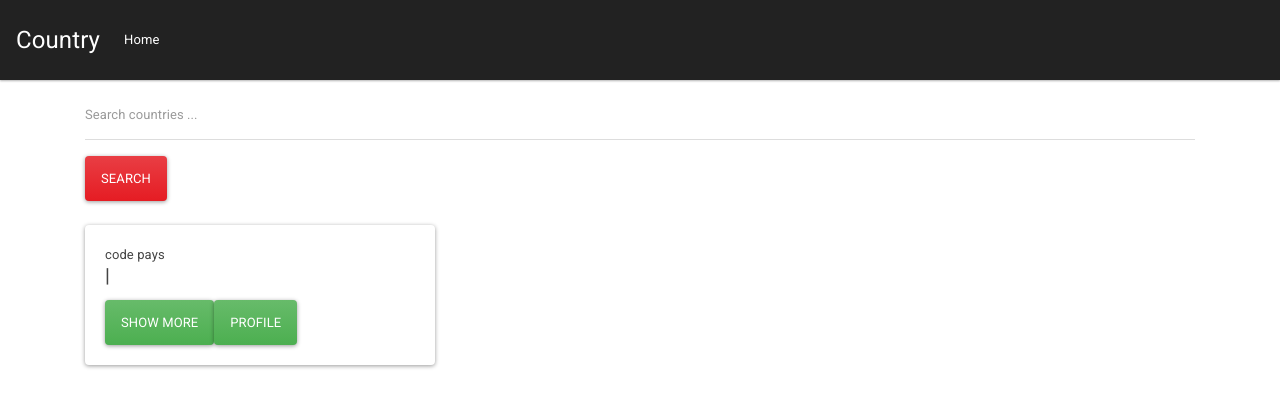
Repository: abdelhak-f/Countries_React
Page: / (app in client/)
These files come from the project's save history. The page is drawn as it stood at one moment and after the next save; the edit follows.
The browser window is 1280 px wide. The pictures show the whole page.
The page's requests for data from a server got no answer. The project was rebuilt for these pictures with package versions that can differ from the ones it lists, and the page was loaded fresh each time. No one was signed in, and anything a server would have sent is missing.

Above is the page before, as saved 2021-05-07 10:45:39.

### client/src/App.js
import  React from 'react';
import './App.css';
import Countries from  './components/Countries';
import  Navbar from './components/partials/Navbar';

function App() {
  return (
    <div className="App">
      <Navbar />
      <div className="container">
             <Countries />
      </div>

    </div>
  );
}

export default App;

### client/src/components/Countries.jsx
import React, { Component } from 'react';
import  Country  from  './countrys/Country';
import SearchCountry from './countrys/SearchCountry';
import axios from 'axios';

class Countries extends Component {

    constructor(props) {
        super(props)

        this.state = {
             countries: [
                 {

                 }
             ]
        }
    }
    getCountry = () => {
        axios.get(`https://restcountries.eu/rest/v2/all`)
                       .then(response => {
                           this.setState({
                            countries: response.data
                           })
                       })
    }
    componentDidMount() {
        this.getCountry();
    }
    searchCountryFromGet =(data) => {
         if(data != ''){
              axios.get(`https://restcountries.eu/rest/v2/name/{name}{data}`)
              .then(response => {
                  console.log(response)
              })
         }
    }

  render() {
    return (
      <div>
          <div className="row   my-2">
              <div className="col-md-12">
       <SearchCountry getCountrySearch={this.searchCountryFromGet } />
              </div>
          </div>
          <div className="row">
        {this.state.countries.map (country => (
            <div className="col-md-4 mt-3 key={name.id}">
              <Country  country={country} />
               </div>
        ))}
        </div>
      </div>
    )
  }
}

export default Countries

### client/src/components/partials/Navbar.jsx
import React from 'react';

export default function Navbar() {
  return (
    <>
    <nav className="navbar navbar-expand-sm navbar-dark bg-dark">
        <a className="navbar-brand" href="#">Country</a>
        <button className="navbar-toggler d-lg-none" type="button" data-toggle="collapse" data-target="#collapsibleNavId" aria-controls="collapsibleNavId"
            aria-expanded="false" aria-label="Toggle navigation">
            <span className="navbar-toggler-icon"></span>
        </button>
        <div className="collapse navbar-collapse" id="collapsibleNavId">
            <ul className="navbar-nav mr-auto mt-2 mt-lg-0">
                <li className="nav-item active">
                    <a className="nav-link" href="#">Home <span className="sr-only">(current)</span></a>
                </li>
            </ul>

        </div>
    </nav>
    </>
  );
}

### client/src/components/countrys/Country.jsx
import React, { Component } from 'react'

class Country extends Component {
  render() {
    return (
      <>
         <div className="card">
                   <img className="card-img-top" src= {this.props.country.flag}  alt="" />
                   <div className="card-body">
                     code pays
                   <h4 className="card-title">{this.props.country.alpha2Code} | {this.props.country.alpha3Code}</h4>
                       <p className="card-text">
                           <a href= {this.props.country.code} className="btn btn-success ">show more</a>
                           <a href={this.props.country.regionalBlocs} className="btn btn-success ">profile</a>
                       </p>
                   </div>
                   </div>
      </>
    )
  }
}

export default Country

### client/src/components/countrys/SearchCountry.jsx
import React, { Component } from 'react'

class SearchCountry extends Component {
    state = {
        search : ''
    }
    handleForm = (e) => {
        this.setState({
            search:e.target.value
        })
    }

    searchCountries= (e) => {
        e.preventDefault();
        this.props.getCountrySearch(this.state.search)
    }
  render() {
      const {search} = this.state;
    return (

        <form onSubmit={this.searchCountries}>
            <div className="form-group ">
                <input onChange={this.handleForm} value={search} placeholder='Search countries ...' id="search" type="text" className="form-control"/>
                </div>
                {/* {search} */}
                <button className="btn btn-danger">Search</button>
        </form>

    )
  }
}

export default SearchCountry

Loaded but not shown: client/public/index.html (common file); client/src/index.js (common file); client/src/App.css (library)

After the next save:
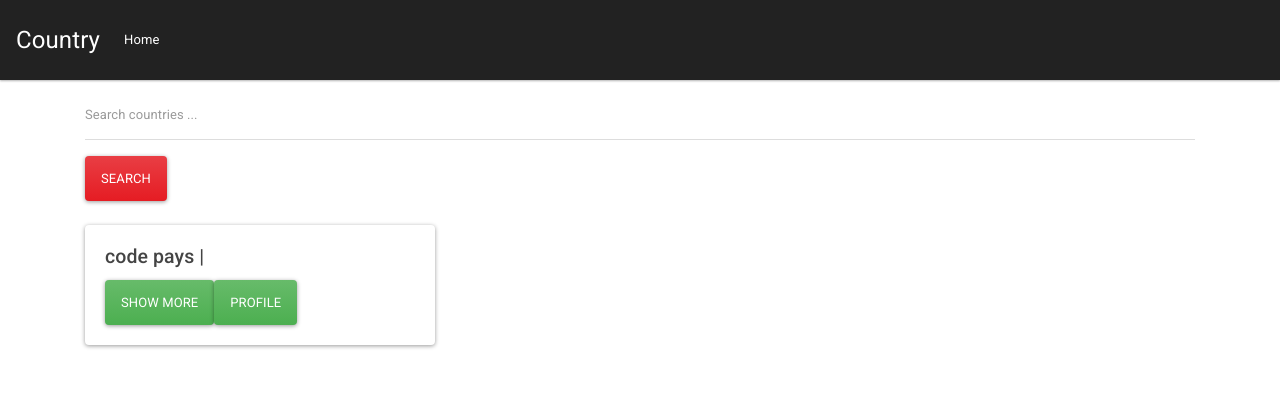
Saved 19 s later.
--- a/client/src/components/countrys/Country.jsx
+++ b/client/src/components/countrys/Country.jsx
@@ -7,8 +7,7 @@ class Country extends Component {
          <div className="card">
                    <img className="card-img-top" src= {this.props.country.flag}  alt="" />
                    <div className="card-body">
-                     code pays
-                   <h4 className="card-title">{this.props.country.alpha2Code} | {this.props.country.alpha3Code}</h4>
+                   <h4 className="card-title">code pays{this.props.country.alpha2Code} | {this.props.country.alpha3Code}</h4>
                        <p className="card-text">
                            <a href= {this.props.country.code} className="btn btn-success ">show more</a>
                            <a href={this.props.country.regionalBlocs} className="btn btn-success ">profile</a>
